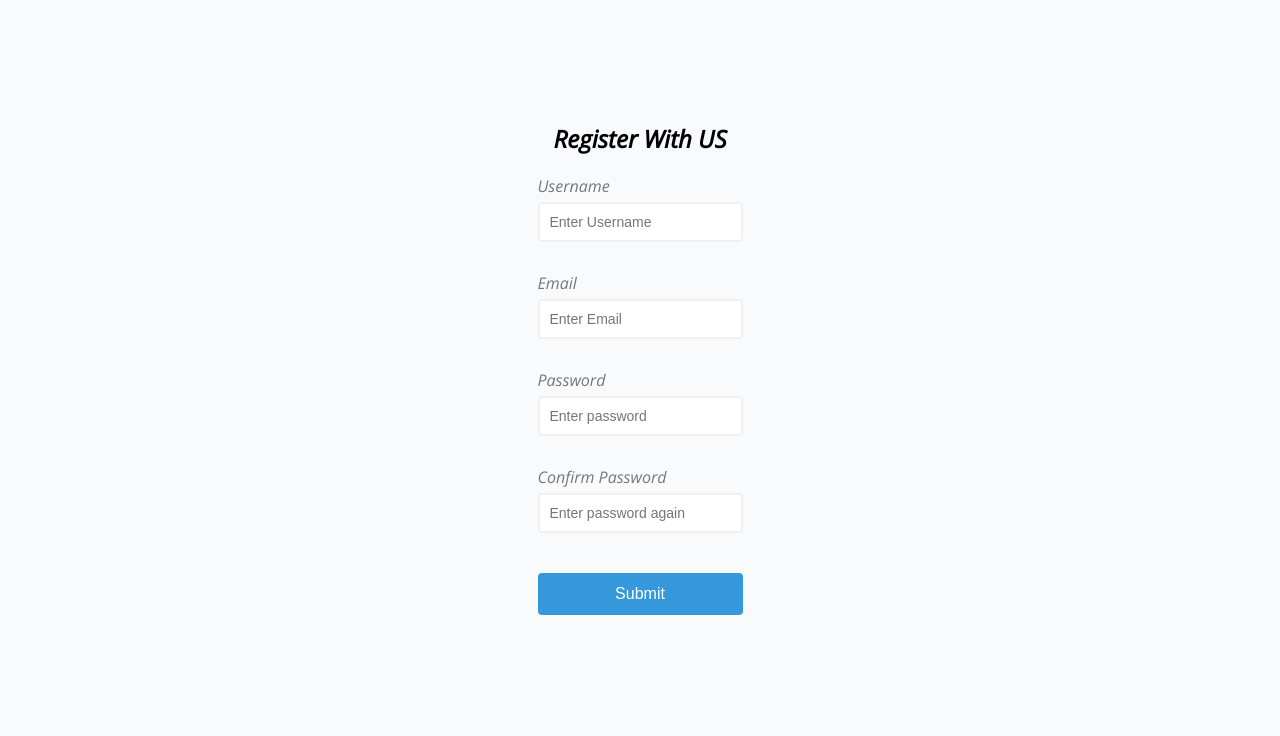
Repository: Izaya171/programming
Page: musicPlayer/index.html
These files come from the project's save history. The page is drawn as it stood at one moment and after the next save; the edit follows.
The browser window is 1280 px wide. The pictures show the whole page.

Above is the page before, as saved 2021-09-18 12:26:41.

After the next save:
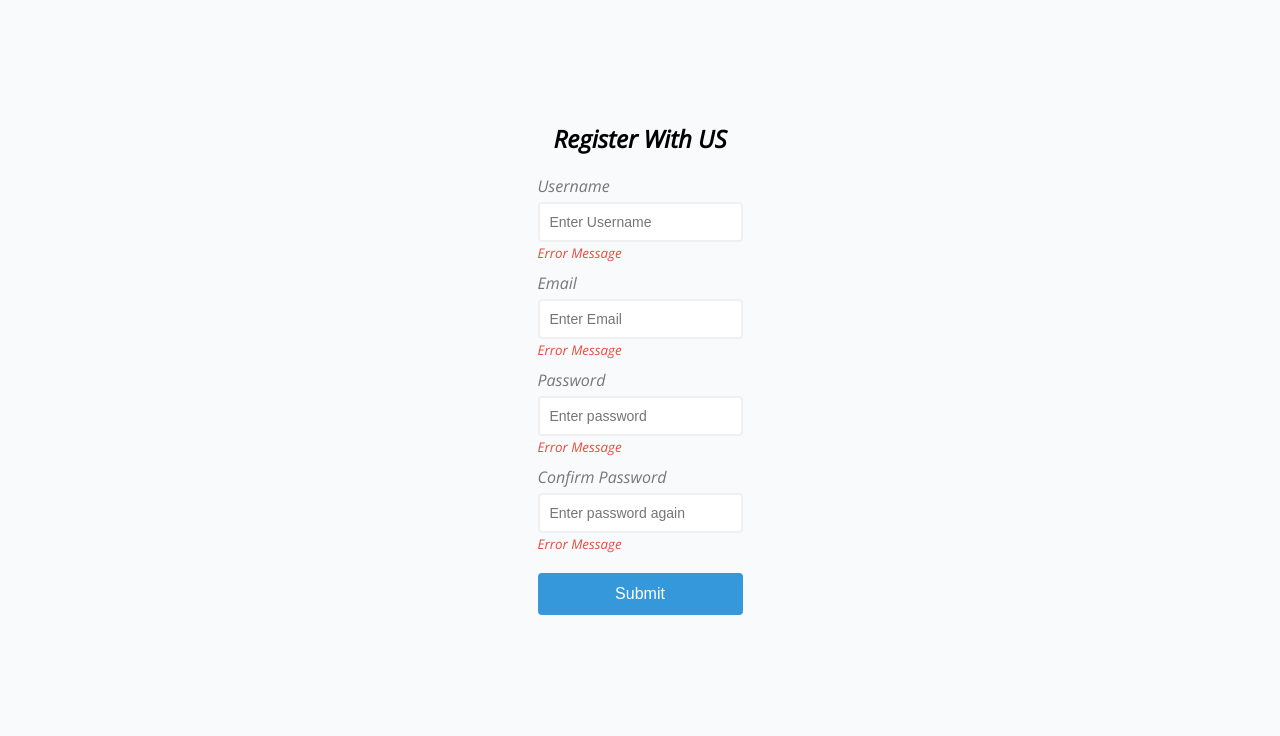
Saved 3 min 52 s later.
--- a/musicPlayer/styles.css
+++ b/musicPlayer/styles.css
@@ -72,7 +72,7 @@
     position: absolute;
     bottom: 0;
     left: 0;
-    visibility: hidden;
+    /* visibility: hidden; */
 }
 
 .form-control.error small {

After the save that followed:
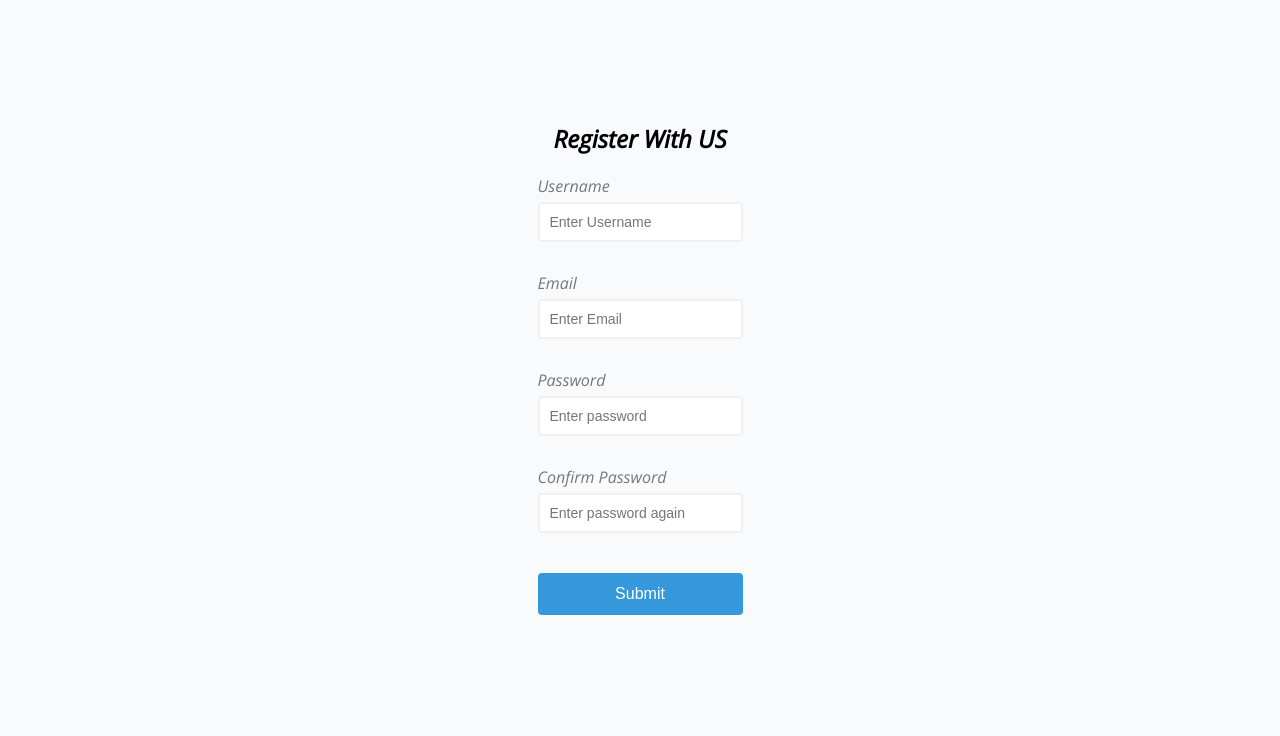
Saved 17 s later.
--- a/musicPlayer/styles.css
+++ b/musicPlayer/styles.css
@@ -56,7 +56,7 @@
 
 .form-control input:focus {
     outline: 0;
-    border-color: #777
+    border-color: rgb(128, 66, 66)
 }
 
 .form-control.success input {
@@ -72,7 +72,7 @@
     position: absolute;
     bottom: 0;
     left: 0;
-    /* visibility: hidden; */
+    visibility: hidden;
 }
 
 .form-control.error small {
